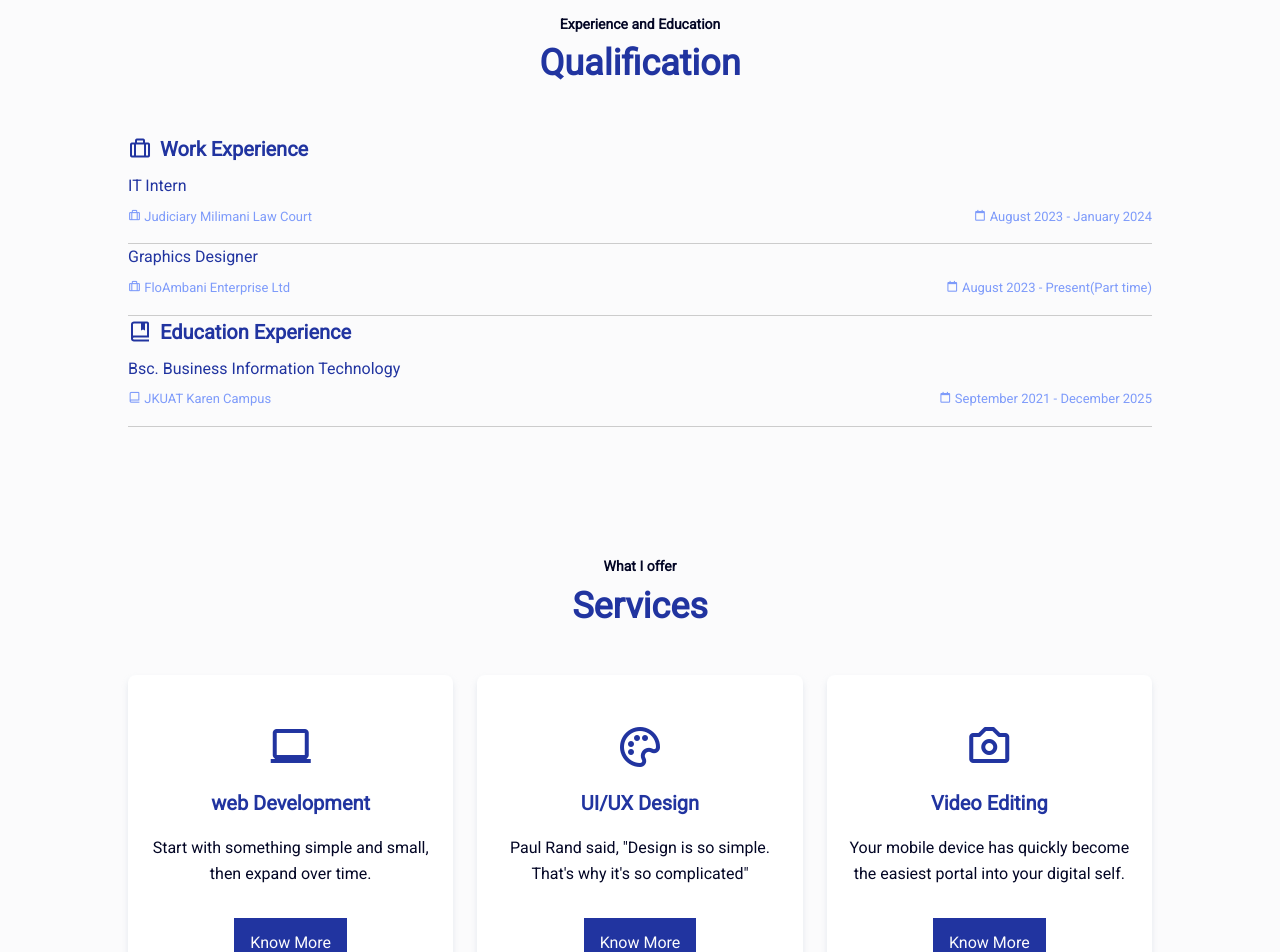
Repository: jessemulure/WorkSpace-CV
Page: index.html
An editor plug-in stored every save of this project. The page is shown before and after the next save, followed by the edit.
The browser window is 1280 px wide. The pictures show the part of the page from y = 1697 to 2649 px (the page is 5087 px tall before and 5158 px after).
A picture or video elsewhere on the page could not be fetched, so the positions and the page height are approximate.

Above is the page before, as saved 2025-11-24 21:35:51.

### index.html
<!DOCTYPE html>
<html lang="en">
  <head>
    <meta charset="UTF-8" />
    <meta name="viewport" content="width=device-width, initial-scale=1.0" />
    <title>Jesse | Portfolio</title>
    <link
      href="https://unpkg.com/boxicons@2.0.7/css/boxicons.min.css"
      rel="stylesheet"
    />
    <link rel="stylesheet" href="./Strengths/CSS/style.css" />
  </head>
  <body>
    <!--scroll top-->

    <a href="#" class="scrolltop" id="scroll-top">
      <i class="bx bx-chevron-up scrolltop__icon"></i>
    </a>
    <!--Header-->

    <header class="l-header" id="header">
      <nav class="nav bd-container">
        <a href="#" class="nav__logo">Jesse Mulure</a>
        <div class="nav__menu" id="nav-menu">
          <ul class="nav__list">
            <li class="nav__item">
              <a href="#home" class="nav__link">Home</a>
            </li>
            <li class="nav__item">
              <a href="#about" class="nav__link">About</a>
            </li>
            <li class="nav__item">
              <a href="#qualification" class="nav__link">Qualification</a>
            </li>
            <li class="nav__item">
              <a href="#services" class="nav__link">Services</a>
            </li>
            <li class="nav__item">
              <a href="#portfolio" class="nav__link">Portfolio</a>
            </li>
            <li class="nav__item">
              <a href="#contact" class="nav__link">Contact</a>
            </li>
          </ul>
        </div>
        <div class="nav__toggle" id="nav-toggle">
          <i class="bx bx-menu"></i>
        </div>
      </nav>
    </header>

    <main class="l-main">
      <!--Home-->

      <section class="home" id="home">
        <div class="home__container bd-container bd-grid">
          <div class="home__data">
            <span class="home__greeting">Hello, call me</span>
            <h1 class="home__name">Jesse Mulure</h1>
            <span class="home__profession">Business Oriented Full Stack Developer</span>
            <a
              download="cv"
              href="/Strengths/PDF/Resume.pdf"
              class="button button-light"
              >Download CV</a
            >
            <a
              download="portfolio"
              href="/Strengths/PDF/Portfolio.pdf"
              class="button button-light"
              > Portfolio</a
            >
          </div>
          <div class="home__social">
            <a href="https://x.com/jessesteel94" class="home__social-icon"
              ><i class="bx bxl-twitter"></i
            ></a>
            <a
              href="https://www.linkedin.com/in/jesse-mulure-b98a06237/"
              class="home__social-icon"
              ><i class="bx bxl-linkedin"></i
            ></a>
            <a href="https://github.com/jessemulure" class="home__social-icon"
              ><i class="bx bxl-github"></i
            ></a>

            <a href="https://web.whatsapp.com/" class="home__social-icon"
              ><i class="bx bxl-whatsapp"></i
            ></a>
          </div>
          <div class="home__img">
            <img src="./Strengths/Images/bg2.png" alt="img" />
          </div>
        </div>
      </section>

      <!--About-->
      <section class="about section bd-container" id="about">
        <span class="section-subtitle">About</span>
        <h2 class="section-title">About Me</h2>

        <div class="about__container bd-grid">
          <div class="about__data bd-grid">
            <p class="about__description">
              <span>Hello, I am <br /></span>
              Full-stack developer skilled in React.js, Vue.js, Python, Java, HTML, and CSS, with a proven ability to turn business objectives into high-performing digital solutions. Passionate about building scalable applications, enhancing user experience, and delivering measurable results.
            </p>
            <p class="about__description">
              Actively seeking opportunities to design, develop, and optimize software solutions that blend functionality with exceptional user experience. Open to roles in software development, UX/UI design, and digital product creation, with a focus on delivering scalable, business-driven results.
            </p>

            <div>
              <span class="about__number">2+</span>
              <span class="about__achievement">Years of Experience</span>
            </div>
          </div>
          <img src="./Strengths/Images/african avatar.png" alt="" class="about__img" />
        </div>
      </section>

      <!--Qualification-->

      <section class="qualification section bd-container" id="qualification">
        <span class="section-subtitle">Experience and Education</span>
        <h2 class="section-title">Qualification</h2>
        <div class="qualification__container bd-grid">
          <div class="qualification__content">
            <h2 class="qualification__title">
              <i class="bx bx-briefcase-alt qualification__title-icon"></i>
              Work Experience
            </h2>

              <div class="qualification__data">
                <h3 class="qualification__area">IT Intern</h3>
                <div class="qualification__box">
                  <span class="qualification__work">
                    <i class="bx bx-briefcase-alt qualification__icon"></i>
                    Judiciary Milimani Law Court
                  </span>
                  <span class="qualification__work">
                    <i class="bx bx-calendar-alt qualification__icon"></i>
                    August 2023 - January 2024
                  </span>
                </div>
              </div>
              <div class="qualification__data">
                <h3 class="qualification__area">Graphics Designer</h3>
                <div class="qualification__box">
                  <span class="qualification__work">
                    <i class="bx bx-briefcase-alt qualification__icon"></i>
                    FloAmbani Enterprise Ltd
                  </span>
                  <span class="qualification__work">
                    <i class="bx bx-calendar-alt qualification__icon"></i>
                    August 2023 - Present(Part time)
                  </span>
                </div>
              </div>
            </div>
          </div>
          <div class="qualification__content">
            <h2 class="qualification__title">
              <i class="bx bx-book-bookmark qualification__title-icon"></i>
              Education Experience
            </h2>
            <div class="bd-grid">
              <div class="qualification__data">
                <h3 class="qualification__area">Bsc. Business Information Technology</h3>
                <div class="qualification__box">
                  <span class="qualification__work">
                    <i class="bx bx-book-alt qualification__icon"></i>
                    JKUAT Karen Campus
                  </span>
                  <span class="qualification__work">
                    <i class="bx bx-calendar-alt qualification__icon"></i>
                    September 2021 - December 2025
                  </span>
                </div>
              </div>
            </div>
          </div>
        </div>
      </section>

      <!--Services-->

      <section class="services section bd-container" id="services">
        <span class="section-subtitle">What I offer</span>
        <h2 class="section-title">Services</h2>
        <div class="services__container bd-grid">
          <div class="services__data">
            <i class="bx bx-laptop services__icon"></i>
            <h3 class="services__title">web Development</h3>
            <p class="services__description">
    Start with something simple and small, then expand over time.
            </p>
            <a
              href="https://github.com/jessemulure"
              target="know"
              class="button"
            >
              Know More</a
            >
          </div>
          <div class="services__data">
            <i class="bx bx-palette services__icon"></i>
            <h3 class="services__title">UI/UX Design</h3>
            <p class="services__description">
              Paul Rand said, "Design is so simple. That's why it's so complicated"
            </p>
            <a
              href="https://photos.app.goo.gl/9uH71zvLJfPmJ7QH6"
              class="button"
              target="know"
            >
              Know More</a
            >
          </div>
          <div class="services__data">
            <i class="bx bx-camera services__icon"></i>
            <h3 class="services__title">Video Editing</h3>
            <p class="services__description">
              Your mobile device has quickly become the easiest portal into your
              digital self.
            </p>
            <a
              href="https://photos.app.goo.gl/BC7smE9jhtMda4Fh6"
              class="button"
              target="know"
            >
              Know More</a
            >
          </div>
        </div>
      </section>

      <!--Portfolio-->
      <section class="portfolio section bd-container" id="portfolio">
        <span class="section-subtitle">My recent projects</span>
        <h2 class="section-title">Portfolio</h2>
        <div class="portfolio__nav">
          <span class="portfolio__item active-portfolio" data-filter="all"
            >All</span
          >
          <span class="portfolio__item" data-filter=".web">Web</span>
          <span class="portfolio__item" data-filter=".ui">UI/UX</span>
          <span class="portfolio__item" data-filter=".app">Editor</span>
        </div>
        <div class="portfolio__container bd-grid">
          <!---Web sections-->
          <div class="portfolio__content mix web">
            <a href="#"
              ><img
                src="./Strengths/Images/calc.png"
                alt=""
                class="portfolio__img"
            /></a>
            <div class="portfolio__data">
              <span class="portfolio__subtitle">web Development</span>
              <a href="https://github.com/jessemulure"
                ><h2 class="portfolio__title">A simple Calculator</h2></a
              >
              <a
                href="https://github.com/jessemulure"
                target="details"
                class="button button-link"
                >Demo</a
              >
            </div>
          </div>

          <div class="portfolio__content mix web">
            <a href="#"
              ><img
                src="./Strengths/Images/tribute.jpg"
                alt="Best"
                class="portfolio__img"
            /></a>
            <div class="portfolio__data">
              <span class="portfolio__subtitle">web Development</span>
              <a href="https://github.com/jessemulure" target="neat"
                ><h2 class="portfolio__title">A simple Tribute Web page</h2></a
              >
              <a
                href="https://github.com/jessemulure"
                class="button button-link"
                >Demo</a
              >
            </div>
          </div>

          <div class="portfolio__content mix web">
            <a href="#"
              ><img
                src="./Strengths/Images/tic-tac-toe.png"
                alt="Best"
                class="portfolio__img"
            /></a>
            <div class="portfolio__data">
              <span class="portfolio__subtitle">web Development</span>
              <a href="https://github.com/jessemulure" target="neat"
                ><h2 class="portfolio__title">A simple Tic-tac</h2></a
              >
              <a
                href="https://github.com/jessemulure"
                class="button button-link"
                >Demo</a
              >
            </div>
          </div>

          <!---UI sections-->
          <div class="portfolio__content mix ui">
            <a href="#"
              ><img
                src="./Strengths/Images/58.jpg"
                alt="neat"
                class="portfolio__img"
            /></a>
            <div class="portfolio__data">
              <span class="portfolio__subtitle">Graphic Designs</span>
              <a
                href="https://photos.app.goo.gl/9uH71zvLJfPmJ7QH6"
                target="neat"
                ><h2 class="portfolio__title">Flyer|Posters</h2></a
              >
              <a
                href="https://photos.app.goo.gl/9uH71zvLJfPmJ7QH6"
                target="neat"
                class="button button-link"
                >Demo</a
              >
            </div>
          </div>

          <div class="portfolio__content mix ui">
            <a href="#"
              ><img
                src="./Strengths/Images/best.jpg"
                alt="neat"
                class="portfolio__img"
            /></a>
            <div class="portfolio__data">
              <span class="portfolio__subtitle">Graphic Design</span>
              <a href="https://photos.app.goo.gl/9uH71zvLJfPmJ7QH6"
                ><h2 class="portfolio__title">Banners</h2></a
              >
              <a
                href="https://photos.app.goo.gl/9uH71zvLJfPmJ7QH6"
                target="neat"
                class="button button-link"
                >Demo</a
              >
            </div>
          </div>
          <div class="portfolio__content mix ui">
            <a href="#"
              ><img
                src="./Strengths/Images/Logo.png"
                alt="neat"
                class="portfolio__img"
            /></a>
            <div class="portfolio__data">
              <span class="portfolio__subtitle">Graphic Design</span>
              <a href="https://photos.app.goo.gl/9uH71zvLJfPmJ7QH6"
                ><h2 class="portfolio__title">Logos|Business Cards</h2></a
              >
              <a
                href="https://photos.app.goo.gl/9uH71zvLJfPmJ7QH6 "
                target="neat"
                class="button button-link"
                >Demo</a
              >
            </div>
          </div>

          <!---Editor sections-->
          <div class="portfolio__content mix app">
            <a
              href="https://photos.app.goo.gl/BC7smE9jhtMda4Fh6"
              ><img
                src="./Strengths/Images/Img1.jpeg"
                alt="edit"
                class="portfolio__img"
            /></a>
            <div class="portfolio__data">
              <span class="portfolio__subtitle">A Marketing Ad</span>
              <a
                href="https://photos.app.goo.gl/BC7smE9jhtMda4Fh6"
                ><h2 class="portfolio__title">Roy Globally Solution Limited</h2></a
              >
              <a
                href="https://photos.app.goo.gl/BC7smE9jhtMda4Fh6"
                target="neat"
                class="button button-link"
                >View Details</a
              >
            </div>
          </div>
              <div class="portfolio__content mix app">
            <a
              href="https://photos.app.goo.gl/BC7smE9jhtMda4Fh6"
              ><img
                src="./Strengths/Images/Img2.jpg"
                alt="edit"
                class="portfolio__img"
            /></a>
            <div class="portfolio__data">
              <span class="portfolio__subtitle">One Edit at a time</span>
              <a
                href="https://photos.app.goo.gl/BC7smE9jhtMda4Fh6"
                ><h2 class="portfolio__title">Movie Scenes</h2></a
              >
              <a
                href="https://photos.app.goo.gl/BC7smE9jhtMda4Fh6"
                target="neat"
                class="button button-link"
                >Demo</a
              >
            </div>
          </div>

              <div class="portfolio__content mix app">
            <a
              href="https://photos.app.goo.gl/BC7smE9jhtMda4Fh6"
              ><img
                src="./Strengths/Images/Img3.jpg"
                alt="edit"
                class="portfolio__img"
            /></a>
            <div class="portfolio__data">
              <span class="portfolio__subtitle">Lets make magic</span>
              <a
                href="https://photos.app.goo.gl/BC7smE9jhtMda4Fh6"
                ><h2 class="portfolio__title">Job Ads</h2></a
              >
              <a
                href="https://photos.app.goo.gl/9uH71zvLJfPmJ7QH6"
                target="neat"
                class="button button-link"
                >View Details</a
              >
            </div>
          </div>

      </section>
      <!--Testimonials-->

      <!--contact Me-->
      <section class="contact section bd-container" id="contact">
        <span class="section-subtitle">For Projects</span>
        <h2 class="section-title">Lets Chat</h2>

        <div class="contact__container bd-grid">
          <div class="contact__content bd-grid">
            <div class="contact__box">
              <i class="bx bxs-phone contact__icon"></i>
              <h3 class="contact__title">Phone</h3>
              <span class="contact__description">+254 759398188</span>
            </div>

            <div class="contact__box">
              <i class="bx bxs-envelope contact__icon"></i>
              <h3 class="contact__title">Gmail</h3>
              <span class="contact__description">mulurembayi@gmail.com</span>
            </div>

            <div class="contact__box">
              <i class="bx bxs-chat contact__icon"></i>
              <h3 class="contact__title">Chat</h3>
              <div>
                <a
                  href="https://wa.me/254784071977"
                  target="chat"
                  class="contact__social"
                  ><i class="bx bxl-whatsapp"></i
                ></a>
                <a
                  href="https://x.com/jessesteel94"
                  target="chat"
                  class="contact__social"
                  ><i class="bx bxl-twitter"></i
                ></a>
                <a
                  href="https://mail.google.com/mail/u/0/#inbox"
                  target="chat"
                  class="contact__social"
                  ><i class="bx bxs-envelope"></i
                ></a>
              </div>
            </div>
          </div>
        </div>
      </section>
    </main>

    <!--footer-->
    <footer class="footer">
      <div class="footer__container bd-container">
        <h1 class="footer__title">Jesse Mulure</h1>
        <p class="footer__description">My portfolio</p>
        <div class="footer__social">
          <a
            href="https://www.linkedin.com/in/jesse-mulure-b98a06237/"
            class="footer__link"
            ><i class="bx bxl-linkedin"></i
          ></a>
          <a href="https://github.com/jessemulure" class="footer__link"
            ><i class="bx bxl-github"></i
          ></a>
          <a href="https://wa.me/254784071977" class="footer__link"
            ><i class="bx bxl-whatsapp"></i
          ></a>
        </div>
        <p id="date" class="footer__copy"></p>
        <span class="footer__copy">&#169; Jesse Mulure</span>
      </div>
    </footer>
    <!--Mix it up filter-->
    <script src="./Strengths/Js/mixitup.main.js"></script>
    <script src="https://unpkg.com/scrollreveal"></script>
    <!--swiper js-->

    <script src="./Strengths/Js/main.js"></script>
  </body>

  <script>
    const year = new Date();
    document.getElementById("date").innerHTML = year.getFullYear();
  </script>
</html>

Loaded but not shown: Strengths/Js/mixitup.main.js (3980 lines, source omitted); Strengths/Js/main.js (113 lines, source omitted); Strengths/CSS/style.css (771 lines, source omitted)

After the next save:
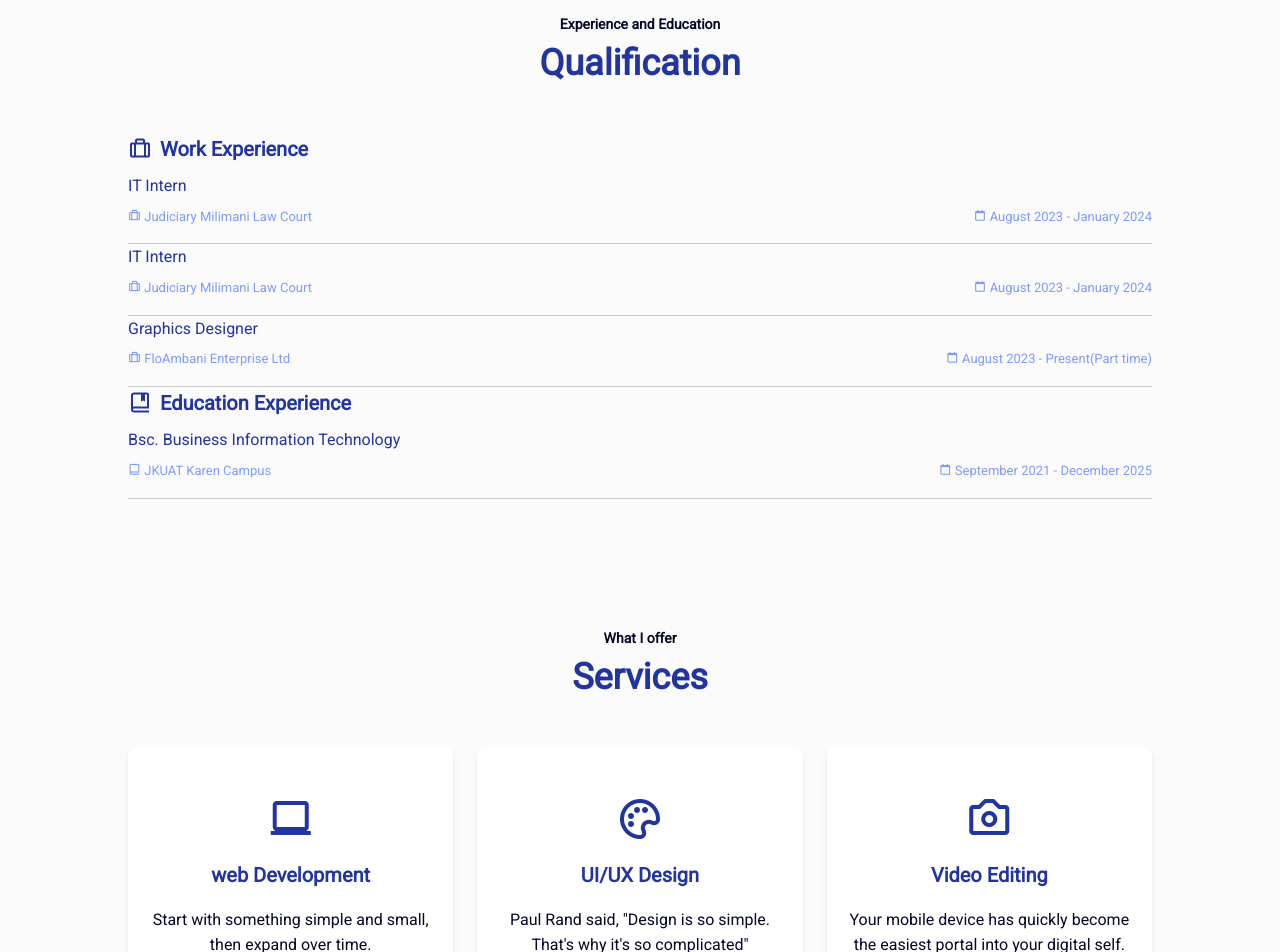
Saved 87 s later.
--- a/index.html
+++ b/index.html
@@ -144,6 +144,19 @@
                 </div>
               </div>
               <div class="qualification__data">
+                <h3 class="qualification__area">IT Intern</h3>
+                <div class="qualification__box">
+                  <span class="qualification__work">
+                    <i class="bx bx-briefcase-alt qualification__icon"></i>
+                    Judiciary Milimani Law Court
+                  </span>
+                  <span class="qualification__work">
+                    <i class="bx bx-calendar-alt qualification__icon"></i>
+                    August 2023 - January 2024
+                  </span>
+                </div>
+              </div>
+              <div class="qualification__data">
                 <h3 class="qualification__area">Graphics Designer</h3>
                 <div class="qualification__box">
                   <span class="qualification__work">
